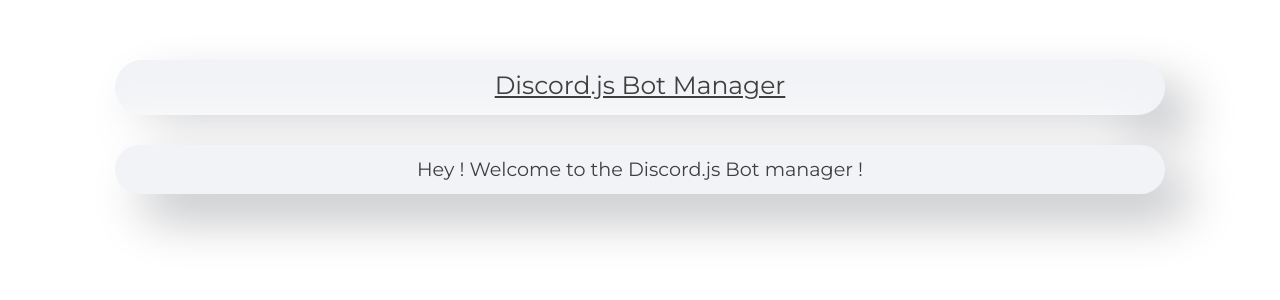
Repository: O-Schell/Discord-Bot-Manager
Page: Web_Interface/main.HTML
An editor plug-in stored every save of this project. The page is shown before and after the next save, followed by the edit.
The browser window is 1280 px wide. The pictures show the whole page.
The style sheet was rebuilt from its Sass, Less or Tailwind sources for each picture, by a compiler version that may differ from the author's.

Above is the page before, as saved 2020-11-24 21:31:38.

### Web_Interface/main.HTML
<!DOCTYPE html>
<html lang="fr">

<head>
  <meta charset="utf-8" />
  <title>Bot Manager</title>
  <link rel="stylesheet" href="style.css" />
  <link rel="stylesheet" href="https://maxcdn.bootstrapcdn.com/bootstrap/4.5.2/css/bootstrap.min.css">
  <script src="https://ajax.googleapis.com/ajax/libs/jquery/3.5.1/jquery.min.js"></script>
  <script src="https://cdnjs.cloudflare.com/ajax/libs/popper.js/1.16.0/umd/popper.min.js"></script>
  <script src="https://maxcdn.bootstrapcdn.com/bootstrap/4.5.2/js/bootstrap.min.js"></script>
  <!--<script src="script.js"></script>-->
</head>



<body>
  <div class="container">
    <div class="neumorphism">
      <div class="center-div">
        <div class="center-text">
          <div class="title">
            <h1><u>Discord.js Bot Manager</u></h1>
          </div>
        </div>
      </div>
    </div>
    <div class="neumorphism">
      <div class="center-div">
        <div class="center-text">
          <div class="undertitle">Hey ! Welcome to the Discord.js Bot manager !
          </div>
        </div>
      </div>
    </div>
  </div>

</body>

</html>

### Web_Interface/style.scss
@import url("https://fonts.googleapis.com/css?family=Montserrat:400,700&display=swap");
@import url("https://unpkg.com/bootstrap@3.3.7/dist/css/bootstrap.min.css");

$mainC: #f1f3f6;
$secC: #9dabc0;

body {
  background: $mainC;
}

.container{
  margin: 30px;
}

.center-div {
  margin: auto;
  width: 50%;
  padding: 10px;
}

.center-text {
  text-align: center;
}

.title {
  font-size: 1vw;
  font-family: "Montserrat";
  color: #3f3f3f;
}

.undertitle {
  font-size: 1.5vw;
  font-family: "Montserrat";
  color: #3f3f3f;
}

.neumorphism {
  margin: 30px;
  border-radius: 50px;
  background: #f1f3f6;
  box-shadow: 25px 25px 50px #c1c2c5, -25px -25px 50px #ffffff;
}

After the next save:
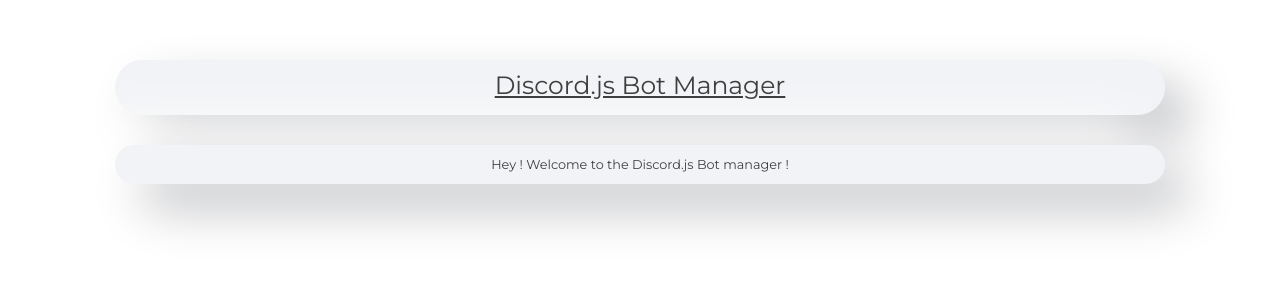
Saved 8 s later.
--- a/Web_Interface/style.scss
+++ b/Web_Interface/style.scss
@@ -29,7 +29,7 @@
 }
 
 .undertitle {
-  font-size: 1.5vw;
+  font-size: 1vw;
   font-family: "Montserrat";
   color: #3f3f3f;
 }
